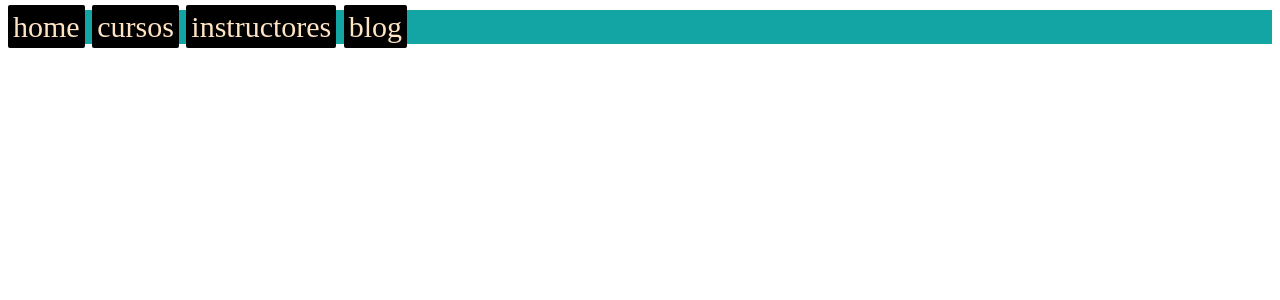
Repository: Daniel009980/daniel0099980
Page: pseudoclase/index.html
The author's editor kept a copy of each file at every save. The page is drawn from the files as they stood at one save, then again after the next save.
The browser window is 1280 px wide. The pictures show the whole page.

Above is the page before, as saved 2022-09-12 18:48:52.

### pseudoclase/index.html
<!DOCTYPE html>
<html lang="en">
<head>
    <meta charset="UTF-8">
    <meta http-equiv="X-UA-Compatible" content="IE=edge">
    <meta name="viewport" content="width=device-width, initial-scale=1.0">
    <title>Document</title>
    <link rel="stylesheet" href="style.css">
</head>
<body>
<header>
    <nav>
        <ul class="main-nav">
            <li class="main-nav__item"><a href="">home</a></li>
            <li class="main-nav__item"><a href="">cursos</a></li>
            <li class="main-nav__item"><a href="">instructores</a></li>
            <li class="main-nav__item"><a href="">blog</a></li>
        </ul>
    </nav>
</header>
</body>
</html>

### pseudoclase/style.css
.main-nav{
    font-size: 30px;
    margin-top: 10px;   /* el margin es el tamaño de la caja queu esta utilizando la lista de ul y lo podemos modificar con ese comando  */
    list-style: none;
    padding-left: 0px;    /*  el paddin es el tamaño que esta ocupando el texto dentro de la caja de la lista y cuando lo quitamos estamos quitando el espacio que estaria ocupando las viñetas por ejemplo */
    background-color: #13a4a4;

}

.main-nav__item{
    display: inline-block;
}

.main-nav__item a {                 /* con la nos referimos a todos los elementos con etiqueta a que se encuentran en esa clase */
color: bisque;
padding: 5px;
border-radius: 2px;
text-decoration: none;
background-color: black;
}

After the next save:
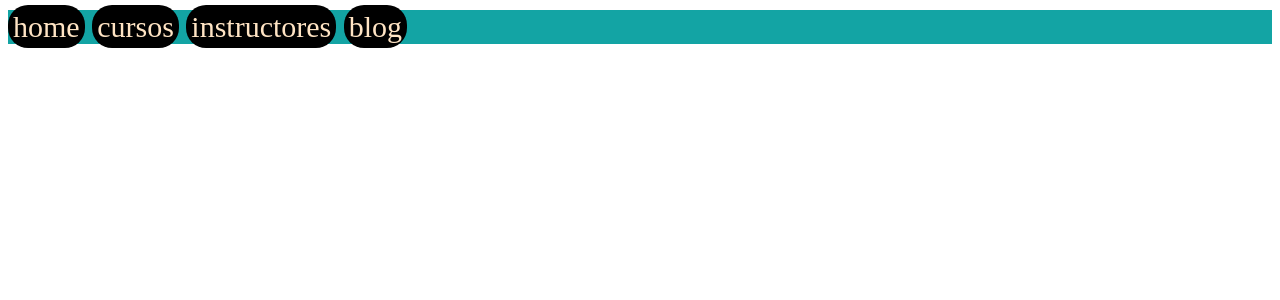
Saved 19 s later.
--- a/pseudoclase/style.css
+++ b/pseudoclase/style.css
@@ -14,7 +14,7 @@
 .main-nav__item a {                 /* con la nos referimos a todos los elementos con etiqueta a que se encuentran en esa clase */
 color: bisque;
 padding: 5px;
-border-radius: 2px;
+border-radius: 20px;
 text-decoration: none;
 background-color: black;
 }
